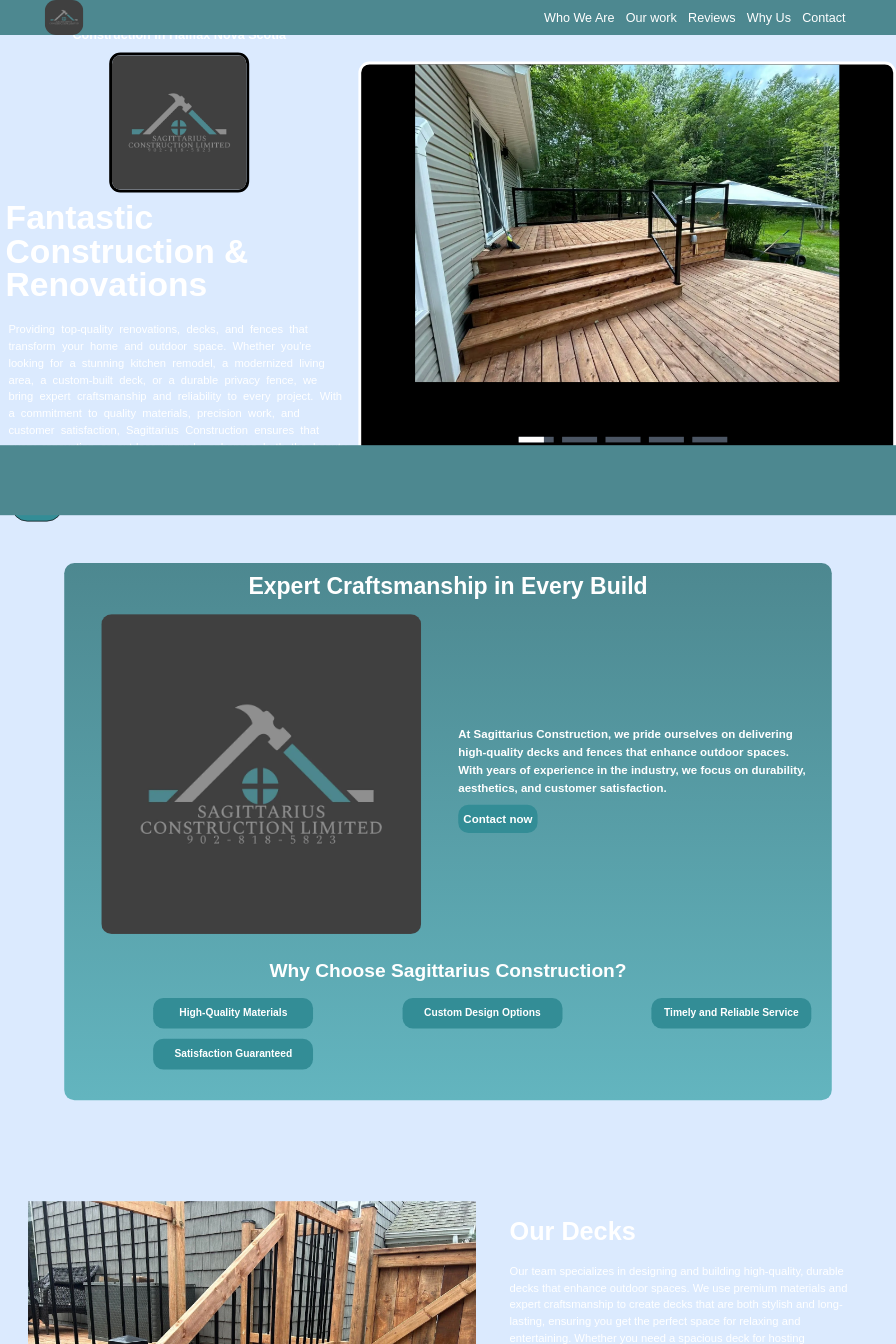
Repository: TMuse333/sagittarius
Page: / (app in frontend/)
An editor plug-in stored every save of this project. The page is shown before and after a run of saves, followed by the edit.
The browser window is 1280 px wide. The pictures show the part of the page from y = 0 to 1920 px (the page is 9340 px tall), at 70% of full size.
The project was rebuilt for these pictures with package versions that can differ from the ones it lists, and the page was loaded fresh each time. The framework's server and built-in components were replaced by stand-ins that run in the browser. Also part of the build but not shown: frontend/next.config.ts.

Above is the page before, as saved 2025-03-17 19:04:18.

### frontend/src/app/layout.tsx
import { ContextProvider } from "@/context/context";
import type { Metadata } from "next";
import { Geist, Geist_Mono } from "next/font/google";
import "./globals.css";

const geistSans = Geist({
  variable: "--font-geist-sans",
  subsets: ["latin"],
});

const geistMono = Geist_Mono({
  variable: "--font-geist-mono",
  subsets: ["latin"],
});

export const metadata: Metadata = {
  title: "Sagittarius Construction demo",
  description: "Rough draft of your website",
};

export default function RootLayout({
  children,
}: Readonly<{
  children: React.ReactNode;
}>) {
  return (
    <html lang="en">
      <ContextProvider>


      <body
        className={`${geistSans.variable} ${geistMono.variable} antialiased`}
      >
        {children}
      </body>
      </ContextProvider>
    </html>
  );
}

### frontend/src/app/page.tsx
import Homepage from "@/pageComponents/homePage";


export default function Home() {
  return (
 <Homepage/>
  );
}

### frontend/src/context/context.tsx
"use client"

import React, { createContext, useState, useContext, ReactNode, useEffect } from 'react';

// Define the type for the context value
interface GeneralContextType {
  isMobile: boolean;
  setIsMobile: React.Dispatch<React.SetStateAction<boolean>>;
  isDesktop: boolean;
  setIsDesktop: React.Dispatch<React.SetStateAction<boolean>>;


  applicationFormState: Record<string, string>;
  setApplicationFormState: React.Dispatch<React.SetStateAction<Record<string, string>>>;


}


// Create the context
export const GeneralContext = createContext<GeneralContextType | undefined>(undefined);

// Create a provider component
export const ContextProvider: React.FC<{ children: ReactNode }> = ({ children }) => {
  // Initialize the value state


  // Detect mobile devices
  const [isMobile, setIsMobile] = useState<boolean>(true);

const [isDesktop, setIsDesktop] = useState(false)

const [applicationFormState, setApplicationFormState] = useState<Record<string, string>>({});

  useEffect(() => {
    const handleScroll = () => {
      if (typeof window !== 'undefined') {
        setIsMobile(window.innerWidth <= 865);
      }
      else{
        setIsDesktop(true)
      }
    };

    if (typeof window !== 'undefined') {
      window.addEventListener('scroll', handleScroll);
      handleScroll(); // Initial check
    }

    return () => {
      if (typeof window !== 'undefined') {
        window.removeEventListener('scroll', handleScroll);
      }
    };
  }, []);

  useEffect(() => {
    const handleScroll = () => {
      if (typeof window !== 'undefined') {
        setIsDesktop(window.innerWidth > 868);
      }

    };

    if (typeof window !== 'undefined') {
      window.addEventListener('scroll', handleScroll);
      handleScroll(); // Initial check
    }

    return () => {
      if (typeof window !== 'undefined') {
        window.removeEventListener('scroll', handleScroll);
      }
    };
  }, []);


  useEffect(() => {
    console.log('is mobile', isMobile);
    console.log("is desktop", isDesktop)
  }, [isDesktop]);

  const contextValue = {

    isMobile,
    setIsMobile,
    applicationFormState,
    setApplicationFormState,
    isDesktop,
    setIsDesktop


  };

  return <GeneralContext.Provider value={contextValue}>{children}</GeneralContext.Provider>;
};

export const useGeneralContext = (): GeneralContextType => {
  const context = useContext(GeneralContext);
  if (!context) {
    throw new Error('useGeneralContext must be used within a ContextProvider');
  }
  return context;
};

### frontend/src/app/globals.css
@tailwind base;
@tailwind components;
@tailwind utilities;

:root {
  --background: #DBEAFE;
  --foreground: #171717;
}

@media (prefers-color-scheme: dark) {
  :root {
    --background: #404040;
    --foreground: #ededed;
  }
}

body {
  color: white;
  background: var(--background);
  font-family: Arial, Helvetica, sans-serif;

}

### frontend/src/pageComponents/homePage.tsx
"use client"

import ApplicationForm from "@/components/contactForm/contactForm";
// import DualImageBoxes from "@/components/dualImageTextBox/dualImageTextBox";
import ExperienceCard from "@/components/experienceCard/experienceCard";
import Footer2 from "@/components/footer/footer";
import GoogleReviews from "@/components/googleReviews/googleReviews";
import GridCarousel from "@/components/gridCarousel/gridCarousel";
import CarouselHero from "@/components/herobanner/carouselHero";
import ImageAspects from "@/components/ImageAspects/imageAspects";
import ImageTextBox from "@/components/imageTextBox/imageTextBox";
import Navbar from "@/components/navbar/navbar";
import TextAndList from "@/components/textAndList/textAndList";
import AppearingGradient from "@/components/textAnimations/appearingGradient/appearingGradient";
import { carouselHeroData, experienceCardData,
     testimonials,
      textAndListData,
gridItems,
imageTextBoxData,
deckTextBox,
fenceTextBox,
aspectsData} from "@/data/homeData";
import React from "react";



const Homepage = () => {

    const links = [
        {
            destination:'card',
            name:'Who We Are',
            hasScroll:true
        },
        {
            destination:'work',
            name:'Our work',
            hasScroll:true
        },
        {
            destination:'reviews',
            name:'Reviews',
            hasScroll:true
        },
        {
            destination:'why-us',
            name:'Why Us',
            hasScroll:true
        },
        {
            destination:'contact',
            name:'Contact',
            hasScroll:true
        }
    ]

    return (
        <>
          <Navbar
            links={links}
            />

        <main className="w-screen mt-[5rem]
        bg-[#404040]">





            <CarouselHero
            {...carouselHeroData}
            />

<section id='card'>


            <ExperienceCard
            {...experienceCardData}
            buttonText="Contact now"
            />
</section>



<section id='work'>

    <ImageTextBox
    {...deckTextBox}
    objectContain
    />

    <ImageTextBox
    {...fenceTextBox}
    reverse

    />

<AppearingGradient
  text="More of our work"
  subText="Here are some of our best projects, showcasing the craftsmanship and quality we bring to every job. From stunning decks and secure, stylish fences to beautiful kitchen renovations, each project highlights our commitment to excellence. We take pride in turning our clients' visions into reality with every build."
/>


            <GridCarousel
            images={gridItems}
            isGrid
            />
            </section>

<section id='reviews'>


            <GoogleReviews
            reviews={testimonials}
            />
            </section>
            <section id='why-us'>


               <TextAndList
            {...textAndListData}
            />
                  <ImageAspects
              images={aspectsData}
             />
              </section>

              <ImageTextBox
              {...imageTextBoxData}
              />



              <section id='contact'>



            <ApplicationForm/>
            </section>

            <Footer2
            excludedLink="Home"
            />


        </main>
        </>
    )
}


export default Homepage

### frontend/src/components/footer/footer.tsx
import React from "react";
import Link from "next/link";

interface Props {
  excludedLink: string;
}

const Footer: React.FC<Props> = ({ excludedLink }) => {
  function handleScroll(destination: string) {
    if (typeof window !== "undefined") {
      const element = document.getElementById(destination);

      if (element) {
        const offset = -100;
        const elementPosition = element.getBoundingClientRect().top;
        const offsetPosition = elementPosition + window.pageYOffset + offset;

        window.scrollTo({
          top: offsetPosition,
          behavior: "smooth",
        });
      } else {
        console.warn(`Element with ID '${destination}' not found.`);
      }
    } else {
      console.warn("Window is not available.");
    }
  }

  const links = [
    {
      destination: "work",
      name: "Our work",
      hasScroll: true,
    },
    {
      destination: "reviews",
      name: "Reviews",
      hasScroll: true,
    },
    {
      destination: "why-us",
      name: "Why Us",
      hasScroll: true,
    },
    {
      destination: "contact",
      name: "Contact",
      hasScroll: true,
    },
  ];

  const filteredLinks = links.filter(link => link.name !== excludedLink);

  return (
    <footer className="w-screen relative flex flex-col items-center justify-center mx-auto py-8 bg-[#4D8890] text-white">
      <div className="max-w-7xl w-full px-4">
        {/* Site Map Section */}
        <h6 className="text-3xl sm:text-4xl font-semibold mb-8 text-center">Site Map</h6>

        {/* Links Container */}
        <div className="flex flex-col md:flex-row justify-center items-center md:items-start gap-6 md:gap-12 mb-12">
          {filteredLinks.map((link, index) => (
            <div
              key={index}
              className="flex flex-col items-center md:items-start"
            >
              {link.hasScroll ? (
                <button
                  onClick={() => handleScroll(link.destination)}
                  className="text-lg md:text-xl font-medium hover:text-[#00bfff] transition-colors duration-200"
                >
                  {link.name}
                </button>
              ) : (
                <Link
                  href={`/${link.destination}`}
                  className="text-lg md:text-xl font-medium hover:text-[#00bfff] transition-colors duration-200"
                >
                  {link.name}
                </Link>
              )}
            </div>
          ))}
        </div>

        {/* Social Media Section */}
        {/* <h6 className="text-3xl sm:text-4xl font-semibold mb-8 text-center">Social Media</h6> */}
        <div className="flex justify-center gap-6 mb-8">
          {/* Add your social media icons/links here */}
          {/* <p>Insert social media links here</p> */}
        </div>
        <a className="text-center text-xl"
         href="https://www.focusflowsoftware.com">
          Developed by Focus Flow Software
        </a>

        {/* Optional Quote */}
        {/* <p className="text-center text-sm md:text-base max-w-2xl mx-auto">
          For every action, there is an equal and opposite reaction. Use this law everyday to create the reality you desire.
        </p> */}
      </div>
    </footer>
  );
};

export default Footer;

### frontend/src/components/googleReviews/googleReviews.tsx
import Image from "next/image";
import React, { useState } from "react";
import {Star} from 'lucide-react'
import SlidingText from "../textAnimations/slidingText/slidingText";
import {motion} from 'framer-motion'
// import Link from "next/link";
interface ReviewData {
    name:string,
    src:string,
    description:string,
    date:string,
    alt:string
}


const Review:React.FC<ReviewData> = ({
    name,src,description,date,
    alt
}) => {


    return (
        <div className="w-[90vw] flex-shrink-0 rounded-2xl
        mr-4 border border-blue-500 max-w-[400px]
        mx-auto bg-gradient-to-tr from-[#4D8890] to-[#8BAEB7]
        flex flex-col  text-white">
<div className="flex flex-row ml-4 mt-2">
<Image
height={1300}
width={600}
src={src}
alt={alt}
className='w-[20vw] max-w-[75px] max-h-[75px] h-[20vw] object-cover rounded-full object-contain'

/>
<div className="flex flex-col ml-8">
    <span>{name}</span>
    <span>{date}</span>
</div>
</div>
<div className="flex flex-col ml-2 px-4 mt-3 pb-6">
    <div className="flex flex-row">

    {[...Array(5)].map((_, index) => (
        <Star key={index} size={24} color="#FFD700" fill="#FFD700" />
      ))}

    </div>
    <p className="text-left mt-4">
    {description}
</p>


</div>
        </div>
    )
}

interface GoogleProps {
    reviews:ReviewData[]
}

const GoogleReviews:React.FC<GoogleProps> = ({
    reviews
}) => {

    const [slideComplete, setSlideComplete] = useState(false)

    return (
        <>
  <SlidingText
  text="Reviews"
  setSlideComplete={setSlideComplete}
styles="bg-gradient-to-b from-white to-gray-200 bg-clip-text text-transparent
text-3xl sm:text-4xl font-semibold text-center relative transition-colors"


  />
  <motion.p
  initial={{
    opacity:0,
    y:-40
  }}
  animate={{
    opacity:slideComplete ? 1  : 0,
    y:slideComplete ? 0 : -40
  }}
  className=" max-w-[900px]
  text-left mx-auto mt-4
  md:text-lg"
  >
Lorem ipsum dolor, sit amet consectetur adipisicing elit. Eligendi soluta molestiae earum maxime aliquam assumenda, animi possimus ut optio atque! Odio omnis nisi possimus fugit!
<br/>
<a
  href="https://www.google.com/maps/place/Sagittarius+Construction/@45.1932025,-68.3189312,6z/data=!3m1!4b1!4m6!3m5!1s0x6919d162980a017b:0x3540f39c10b3d454!8m2!3d45.3077481!4d-63.028289!16s%2Fg%2F11kpqb7fkv?entry=ttu&g_ep=EgoyMDI1MDMxMi4wIKXMDSoJLDEwMjExNDUzSAFQAw%3D%3D"
  target="_blank"
  rel="noopener noreferrer"
>
  <button className="rounded-2xl bg-[#338d96] p-2 mt-2">
    See all reviews
  </button>
</a>

  </motion.p>


        <section

        className={`relative w-screen ml-auto mb-[5rem] mt-[5rem] overflow-x-hidden
         py-8 text-center text-black`}
    >


        <div
            className="flex-shrink-0 pr-[3rem] pl-[1rem] flex ml-auto sm:ml-0 sm:mr-0 overflow-x-scroll overflow-y-hidden
            "
        >
         {reviews.map((review, index) => (
                <Review
                {...review}
                key={index}
                />
            ))}

        </div>
     </section>
     </>
    )
}

export default GoogleReviews

### frontend/src/components/herobanner/carouselHero.tsx
import Image from "next/image";
import React, { useState, useEffect } from "react";
import { motion, AnimatePresence } from "framer-motion";
import TypeAlongText from "@/components/textAnimations/typeAlongText/typeAlongText";
import FadeInFromLeftText from "@/components/textAnimations/fadeInFromLeftText/fadeInFromLeftText";

import logo from '../../../public/logo.webp'
interface CarouselHeroProps {
  mainHeader: string;
  titleText: string;
  descriptionText: string;
  // buttonText: string;
  regularText?:boolean
  images:{
    src:string,
    alt:string,
    description:string
  }[]
}

interface CarouselProps {
    images:{
        src:string,
        alt:string,
        description:string
      }[]
}

const Carousel:React.FC<CarouselProps> = ({
    images
}) => {
  const [currentIndex, setCurrentIndex] = useState<number>(0);
  const [tabProgress, setTabProgress] = useState<number>(0);
  const [slideInProgress, setSlideInProgress] = useState(true);



  useEffect(() => {
    setTabProgress(0);
    setSlideInProgress(false);
  }, [currentIndex]);

  useEffect(() => {
    if (tabProgress === 100) {
      setSlideInProgress(false);
      setCurrentIndex((prevIndex) => (prevIndex + 1) % images.length);
    }
  }, [tabProgress]);

  useEffect(() => {
    const interval = setInterval(() => {
      if (tabProgress < 100) {
        setTabProgress((prev) => prev + 0.5);
      }
    }, 50);
    return () => clearInterval(interval);
  }, [tabProgress]);

  return (
    <section
      className="relative w-[98vw]  md:w-[60vw] rounded-2xl object-contain mx-auto md:block h-[80vh] mt-auto mb-auto border border-white border-4 text-center
      bg-black"
    >
      <AnimatePresence mode="wait">
        <motion.div
          key={currentIndex}
          initial={{ opacity: 0 }}
          animate={{ opacity: 1 }}
          exit={{ opacity: 0 }}
          transition={{ duration: 0.5 }}
          className="w-full h-[80%]"
        >
          <Image
            src={images[currentIndex].src}
            height={600}
            width={1300}
            alt={images[currentIndex].alt}
            className="w-full rounded-2xl object-contain mx-auto h-full"
          />
        </motion.div>
        {/* <motion.p className="text-white"

         initial={{ opacity: 0 }}
         animate={{ opacity: 1 }}
         exit={{ opacity: 0 }}
         transition={{ duration: 0.5,
         delay:0.5 }}>
            {data[currentIndex].description}
        </motion.p> */}
      </AnimatePresence>


      <div className="absolute flex bottom-[5%] left-1/2 -translate-x-1/2">
        {images.map((_, index) => (
          <div
            key={index}
            className={`h-[8px] relative w-[50px] bg-gray-600 mr-3 hover:scale-[1.2] transition-all`}
            onClick={() => setCurrentIndex(index)}
          >
            {index === currentIndex && (
              <div
                className="bg-white h-full"
                style={{
                  width: `${tabProgress}%`,
                  transition: slideInProgress ? "width 0.3s ease-in" : "none",
                }}
              />
            )}
          </div>
        ))}
      </div>
    </section>
  );
};

const CarouselHero: React.FC<CarouselHeroProps> = ({
  mainHeader,
  titleText,
  descriptionText,
 images,
  regularText

}) => {
  const [startPTag, setStartPTag] = useState(false);
  const [startTypeAlong, setStartTypeAlong] = useState(false);

  const handleTitleComplete = () => {
    setStartTypeAlong(true);
  };

  return (
    <header
      className="flex flex-col md:flex-row md:h-screen relative items-center mx-auto max-w-[2200px]  md:mt-[-4rem]
   bg-transparent
   "
    >
        <div className="hidden md:block absolute top-[0%] z-[100] w-full bg-[#4D8890] h-[30px]"></div>
        <div className="absolute bottom-[0%] z-[100] w-full bg-gradient-to-t from-[#4D8890] to-[#4D8890] h-[100px]"></div>
      {!regularText ? (


      <section className="flex flex-col md:w-[40vw] justify-center items-center py-4">
        <motion.h1
          initial={{
            opacity: 0,
            y: -30,
          }}
          animate={{
            opacity: 1,
            y: 0,
          }}
          onAnimationComplete={handleTitleComplete}
          className="mx-auto p-3 text-center text-lg mt-4 font-semibold"
        >
          {titleText}
        </motion.h1>

        <Image
        src={logo}
        alt="Sagitarius logo"
        className="w-[40vw] rounded-2xl
        border border-black border-4

        object-contain max-w-[200px]"
        width={600}
        height={1300}
        />

        <TypeAlongText
          text={mainHeader}
          styles="mx-auto py-3 break-words max-w-full px-2 font-semibold whitespace-pre-line
          overflow-wrap text-3xl sm:text-4xl md:text-5xl"
          as="p"
          keywords={["Deck","Fence"]}
          setAnimationComplete={setStartPTag}
          startAnimation={startTypeAlong}
        />


        <FadeInFromLeftText
          text={descriptionText}
          as="p"
          className="pt-4 mx-3"
          duration={2.5}
          startAnimation={startPTag}
          keywords={["paragraph"]}
        />

<section className="flex items-center mr-auto ml-4 mt-6">
      <button className=" rounded-full border border-neutral-950 p-3 text-sm font-medium transition-colors hover:bg-neutral-950 hover:text-neutral-100
      bg-[#338d96]
      mr-4">
        Contact
      </button>


      </section>
      </section>

) : (
  <section className="flex flex-col md:w-[40vw] justify-center items-center py-4">

    <h2 className="text-3xl font-semibold
    mb-4">
      About me
    </h2>
    <p className="px-4 w-full">
    When I’m not helping clients with their real estate needs, you’ll find me living an active lifestyle. I’m a brown belt in jiu-jitsu, a passionate outdoorsman, and love hiking, running, and all things fitness. I’m also a family man, married to my beautiful wife, and we share our lives with our two dogs, Loki and Lu.

I believe in bringing the same discipline, focus, and energy from my fitness journey into my real estate career—always striving for excellence and making the experience enjoyable for my clients.
    </p>


  </section>
)}

      <Carousel
      images={images}
       />
    </header>
  );
};

export default CarouselHero;

Loaded but not shown: frontend/tailwind.config.ts (common file); frontend/src/data/homeData.ts (444 lines, source omitted); frontend/src/components/gridCarousel/gridCarousel.tsx (309 lines, source omitted); frontend/src/components/experienceCard/experienceCard.tsx (230 lines, source omitted); frontend/src/components/contactForm/contactForm.tsx (177 lines, source omitted); frontend/src/components/ImageAspects/imageAspects.tsx (280 lines, source omitted); frontend/src/components/textAndList/textAndList.tsx (222 lines, source omitted); frontend/src/components/navbar/navbar.tsx (156 lines, source omitted); frontend/src/components/textAnimations/appearingGradient/appearingGradient.tsx (152 lines, source omitted); frontend/src/components/textAnimations/typeAlongText/typeAlongText.tsx (118 lines, source omitted); frontend/src/components/imageTextBox/imageTextBox.tsx (191 lines, source omitted); frontend/src/components/contactForm/inputForm.tsx (82 lines, source omitted); frontend/src/components/textAnimations/slidingText/slidingText.tsx (86 lines, source omitted); frontend/src/components/textAnimations/fadeInFromLeftText/fadeInFromLeftText.tsx (88 lines, source omitted)

After the next 2 saves:
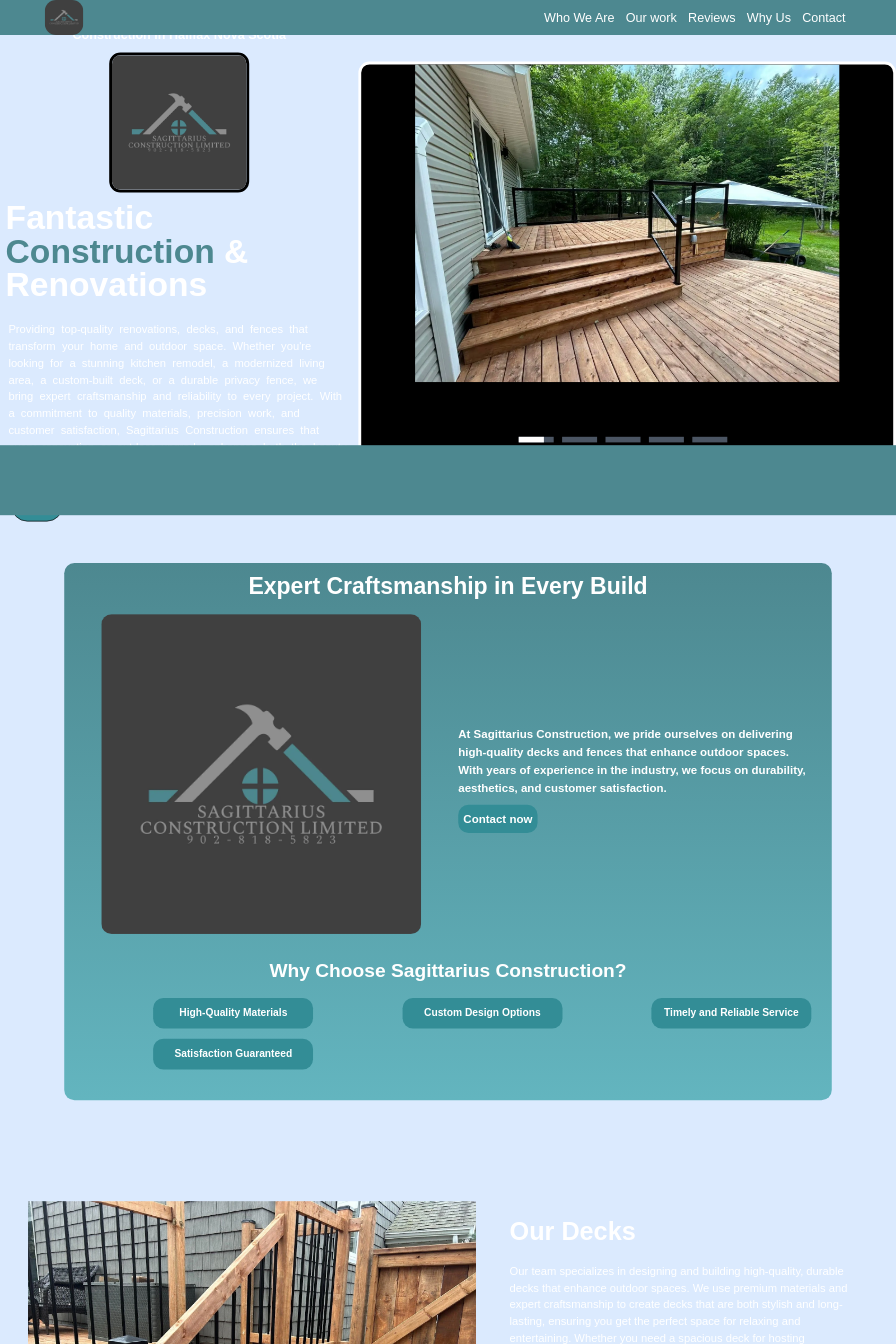
The 2 saves are shown as one change because they came seconds apart.
The last was saved 68 s later.
--- a/frontend/src/components/herobanner/carouselHero.tsx
+++ b/frontend/src/components/herobanner/carouselHero.tsx
@@ -171,7 +171,7 @@
           styles="mx-auto py-3 break-words max-w-full px-2 font-semibold whitespace-pre-line
           overflow-wrap text-3xl sm:text-4xl md:text-5xl"
           as="p"
-          keywords={["Deck","Fence"]}
+          keywords={["Construction","Renovation"]}
           setAnimationComplete={setStartPTag}
           startAnimation={startTypeAlong}
         />
